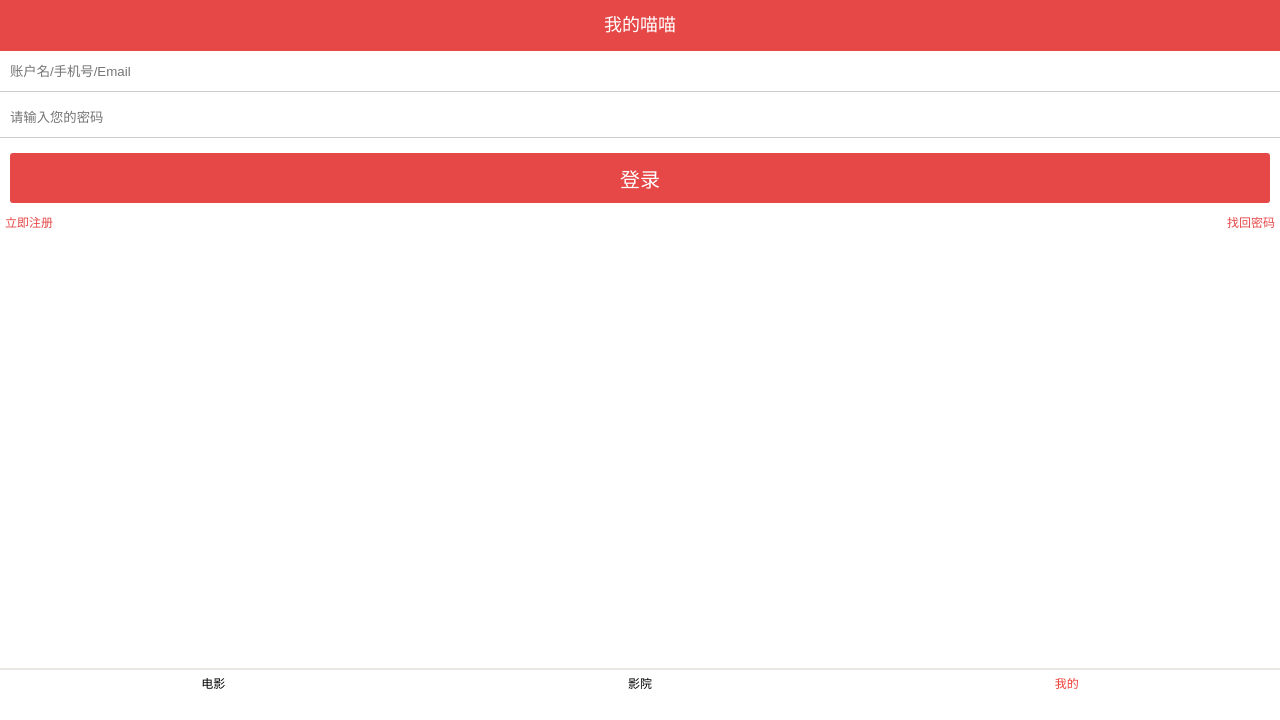
Repository: X-J-0/miaomiao_film
Page: /mine/login (app in miaomiao/)
An editor plug-in stored every save of this project. The page is shown before and after the next save, followed by the edit.
The browser window is 1280 px wide. The pictures show the whole page.
The project was rebuilt for these pictures with package versions that can differ from the ones it lists, and the page was loaded fresh each time. Also part of the build but not shown: miaomiao/vue.config.js, miaomiao/src/components/loading/index.vue.

Above is the page before, as saved 2020-04-23 14:46:34.

After the next save:
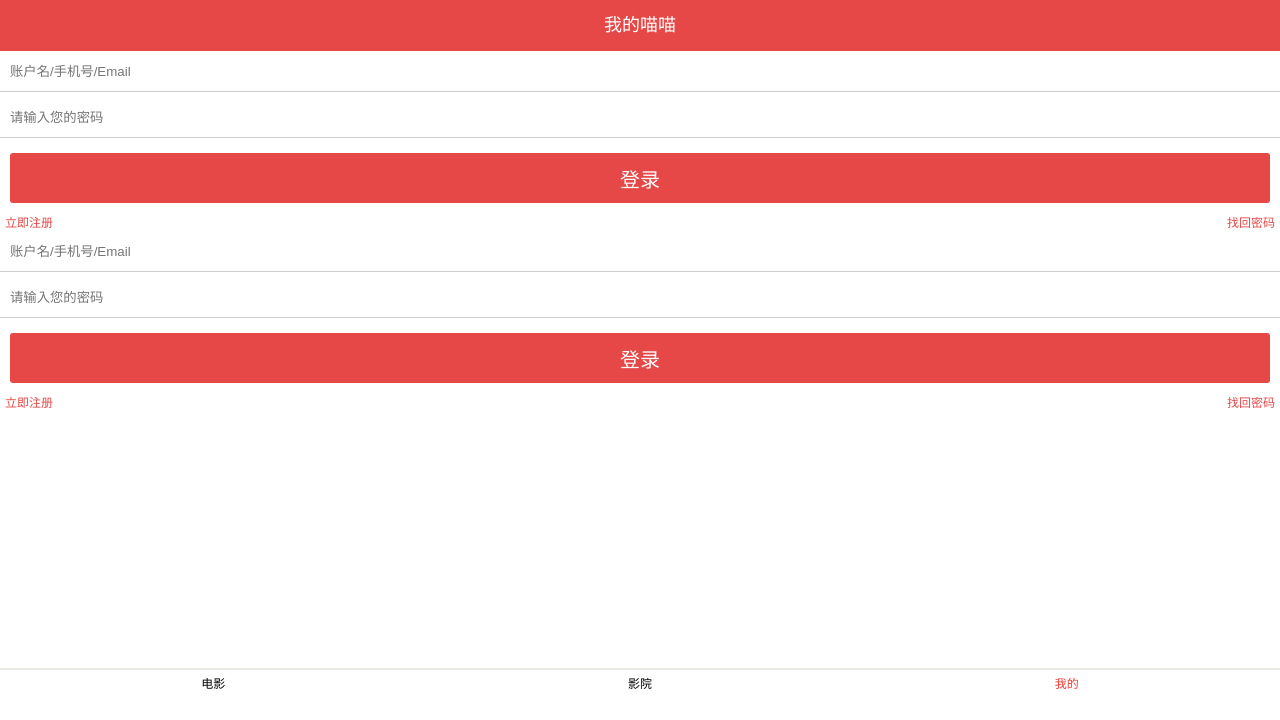
Saved 97 days later.
--- a/miaomiao/src/views/Mine/index.vue
+++ b/miaomiao/src/views/Mine/index.vue
@@ -3,6 +3,7 @@
         <Header title="我的喵喵"/>
         <div id="content">
           <router-view/>
+          <Login></Login>
         </div>
         <TabBar />
     </div>

After the save that followed:
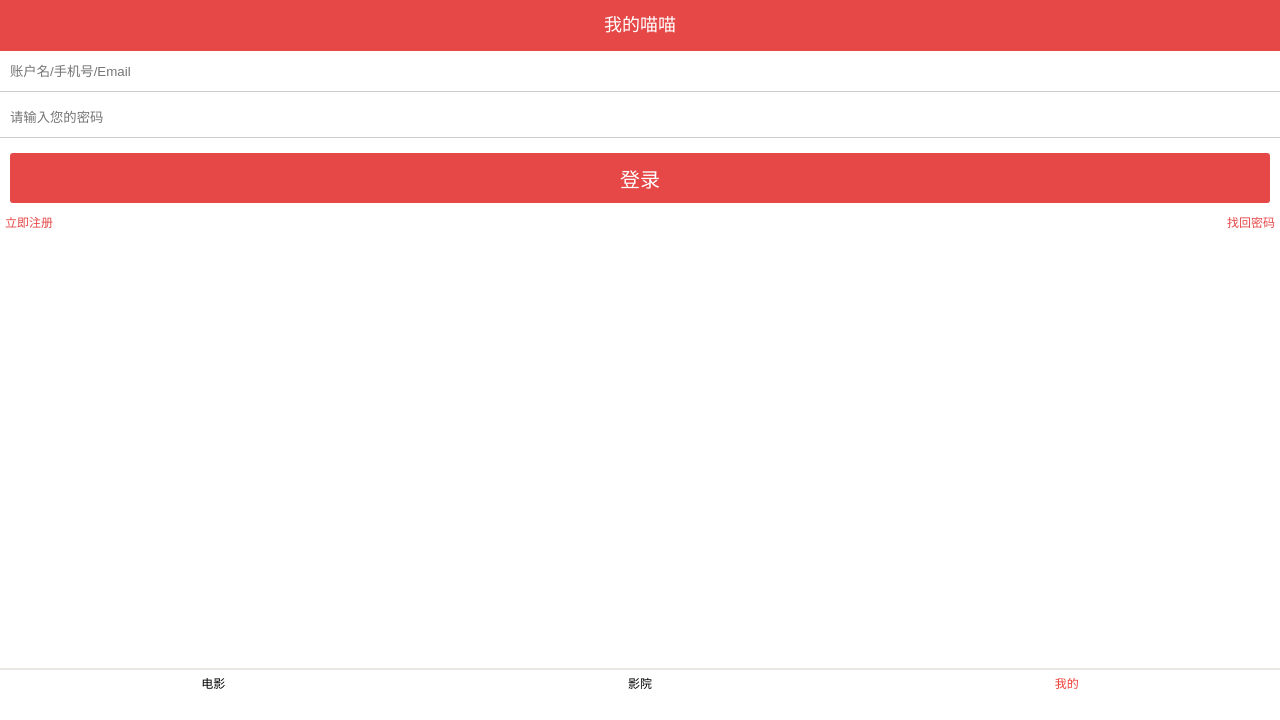
Saved 2 min 57 s later.
--- a/miaomiao/src/views/Mine/index.vue
+++ b/miaomiao/src/views/Mine/index.vue
@@ -3,7 +3,6 @@
         <Header title="我的喵喵"/>
         <div id="content">
           <router-view/>
-          <Login></Login>
         </div>
         <TabBar />
     </div>
